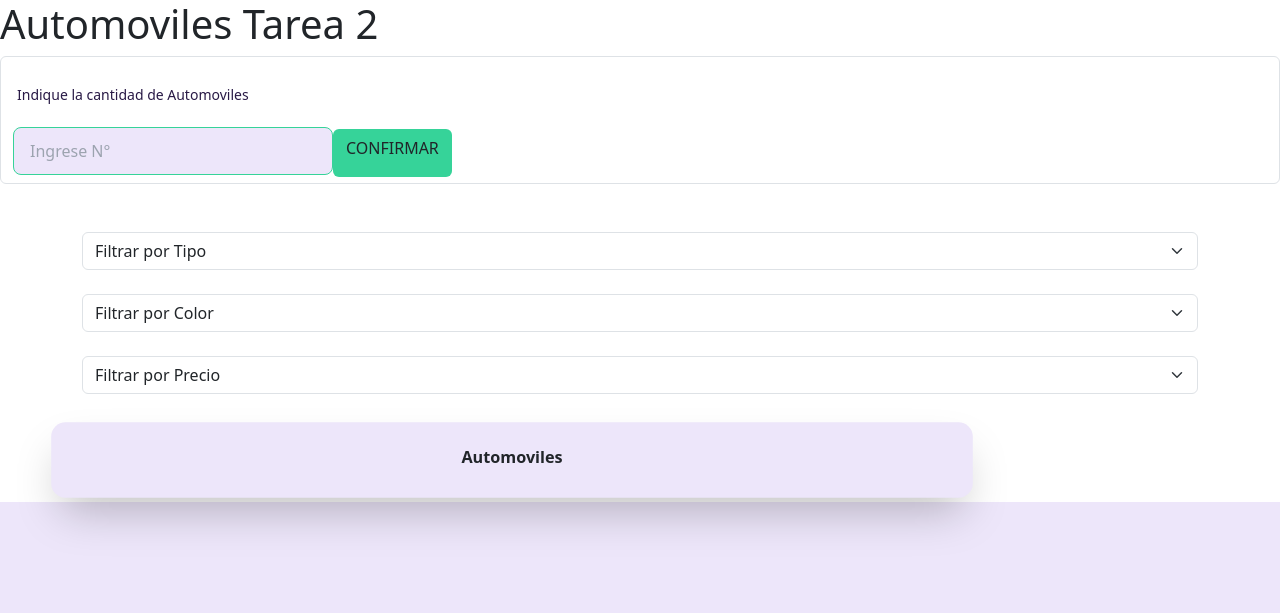
Repository: Claudioxs/Tarea2
Page: /automovil (app in FrontEnd/vue-project/)
These files come from the project's save history. The page is drawn as it stood at one moment and after the next save; the edit follows.
The browser window is 1280 px wide. The pictures show the whole page.
The project was rebuilt for these pictures with package versions that can differ from the ones it lists, and the page was loaded fresh each time. Also part of the build but not shown: FrontEnd/vue-project/vite.config.js, FrontEnd/vue-project/src/components/HelloWorld.vue.

Above is the page before, as saved 2023-05-22 23:56:23.

After the next save:
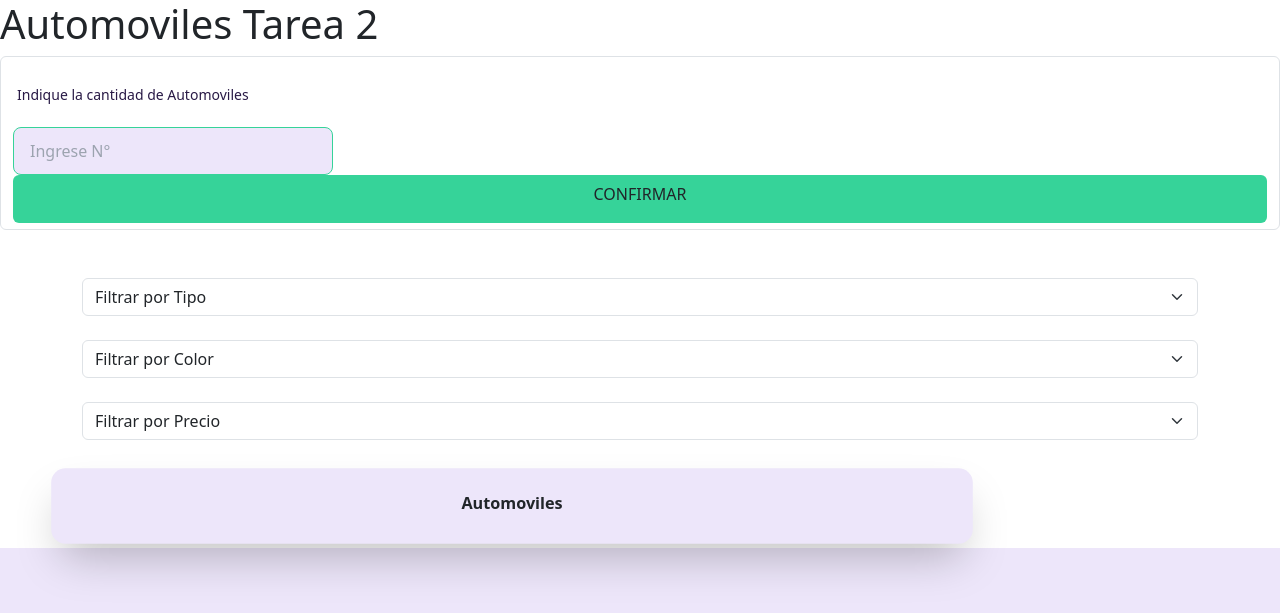
Saved 5 min 24 s later.
--- a/FrontEnd/vue-project/src/views/Automovil.vue
+++ b/FrontEnd/vue-project/src/views/Automovil.vue
@@ -10,7 +10,7 @@
     <br><br>
 
   </label>
- <div class="modal-start"  >
+ <div class="flex flex-col"  >
   <input type="number" placeholder="Ingrese N°" class="input input-bordered input-success w-full max-w-xs" />
     <label for="Modal"  @click="crearAutomovil(label-text)" class="btn " style="background-color: #36D399">Confirmar</label>
   </div>
